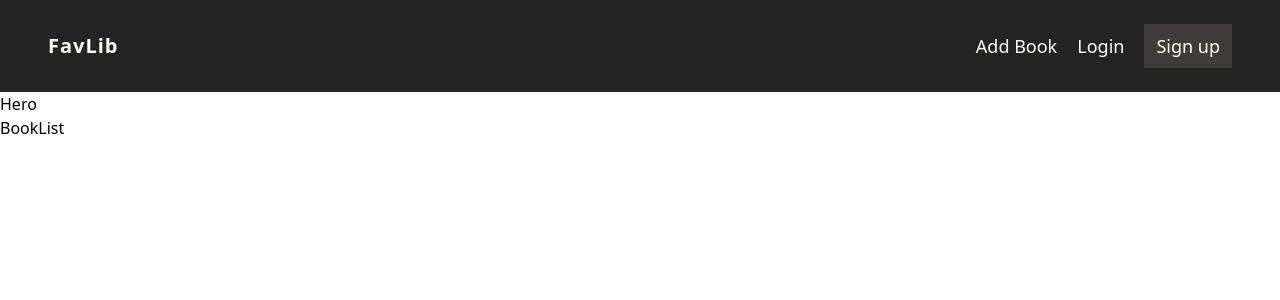
Repository: Pradnya-07/Pradnya-s_Library
Page: / (app in frontend/)
These files come from the project's save history. The page is drawn as it stood at one moment and after the next save; the edit follows.
The browser window is 1280 px wide. The pictures show the whole page.
The page's requests for data from a server got no answer. The project was rebuilt for these pictures with package versions that can differ from the ones it lists, and the page was loaded fresh each time. No one was signed in, and anything a server would have sent is missing. Also part of the build but not shown: frontend/vite.config.js, frontend/src/pages/login.jsx, frontend/src/pages/signup.jsx, frontend/src/pages/addbook.jsx, frontend/src/providers/RedirectAuthenticatedUsers.jsx, frontend/src/providers/RedirectUnauthenticatedUsers.jsx.

Above is the page before, as saved 2025-03-01 20:04:41.

After the next save:
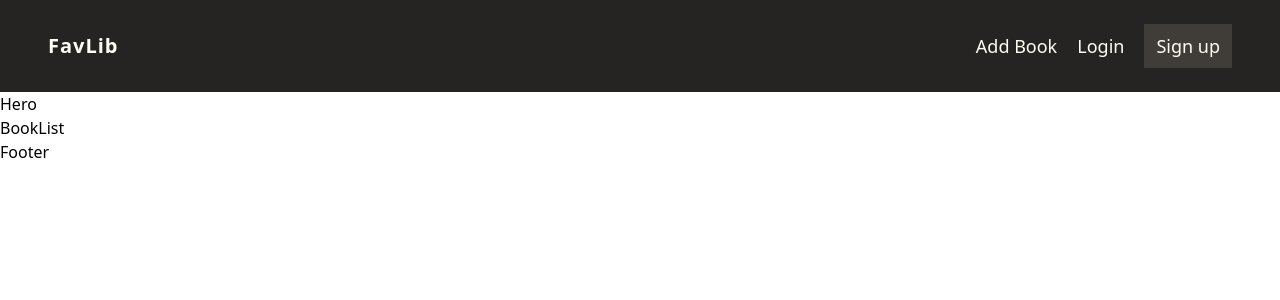
Saved 60 s later.
--- a/frontend/src/App.jsx
+++ b/frontend/src/App.jsx
@@ -9,6 +9,7 @@
 import { useAuthStore } from "./store/authStore";
 import RedirectAuthenticatedUser from "./providers/RedirectAuthenticatedUsers"
 import RedirectUnauthenticatedUser from "./providers/RedirectUnauthenticatedUsers"
+import Footer from "./components/footer"
 
 function App() {
 
@@ -37,7 +38,7 @@
           <Addbook />
         </RedirectUnauthenticatedUser>} />
       </Routes>
-
+      <Footer />
     </>
   )
 }
